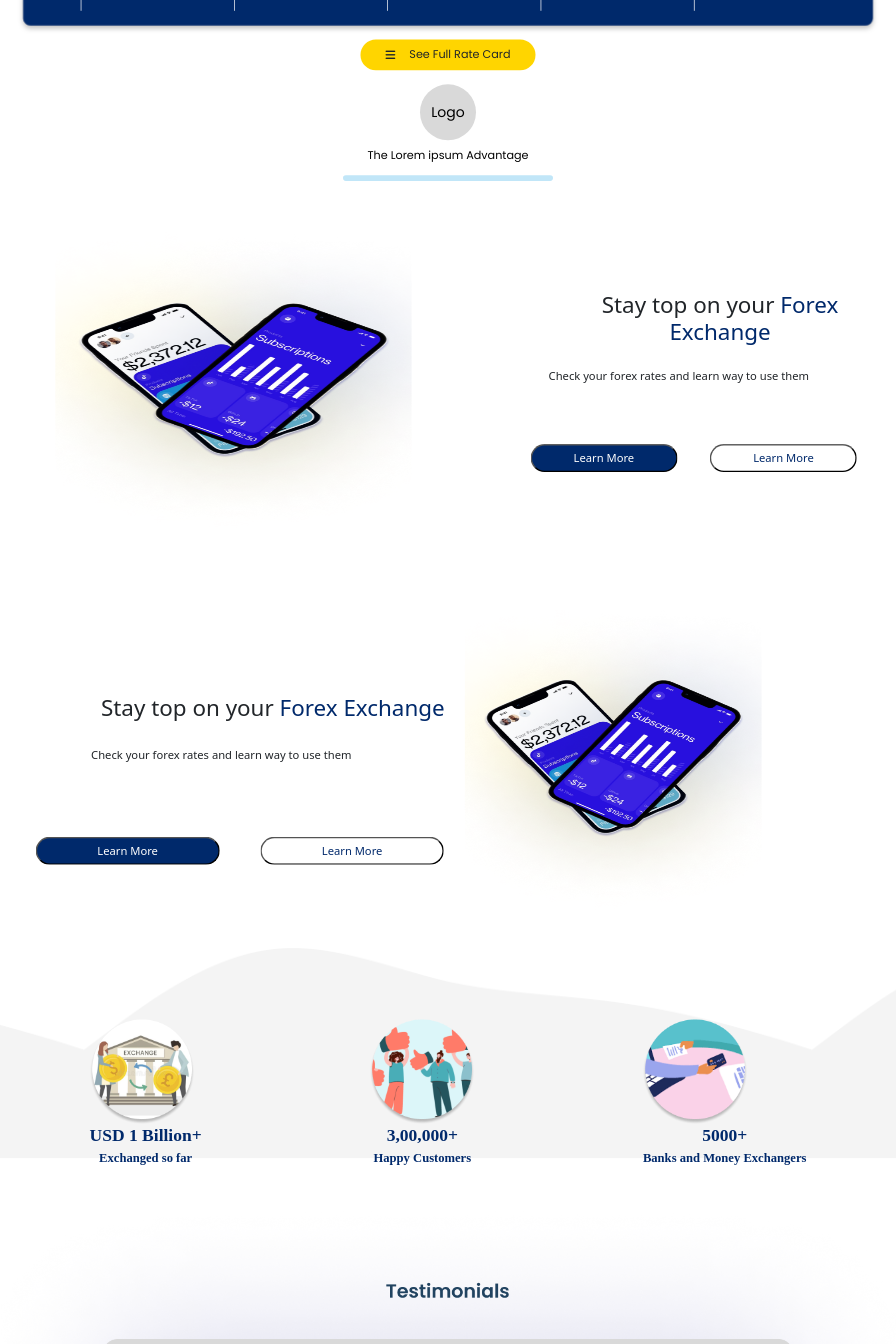
Repository: FlyweisReact/Akshadeep-latest
Page: /
The author's editor kept a copy of each file at every save. The page is drawn from the files as they stood at one save, then again after a run of saves.
The browser window is 1280 px wide. The pictures show the part of the page from y = 909 to 2829 px (the page is 4686 px tall before and 4684 px after), at 70% of full size.
Some web libraries are served in a nearby version. The project was rebuilt for these pictures with package versions that can differ from the ones it lists, and the page was loaded fresh each time. Also part of the build but not shown: src/components/exchange.jsx, src/components/order_p1.jsx, src/components/order_p2.jsx, src/components/faas.jsx, src/components/offer.jsx, src/components/main2.jsx, src/components/home.jsx, src/components/slider.jsx and 6 more.

Above is the page before, as saved 2023-05-23 16:02:23.

After the next 2 saves:
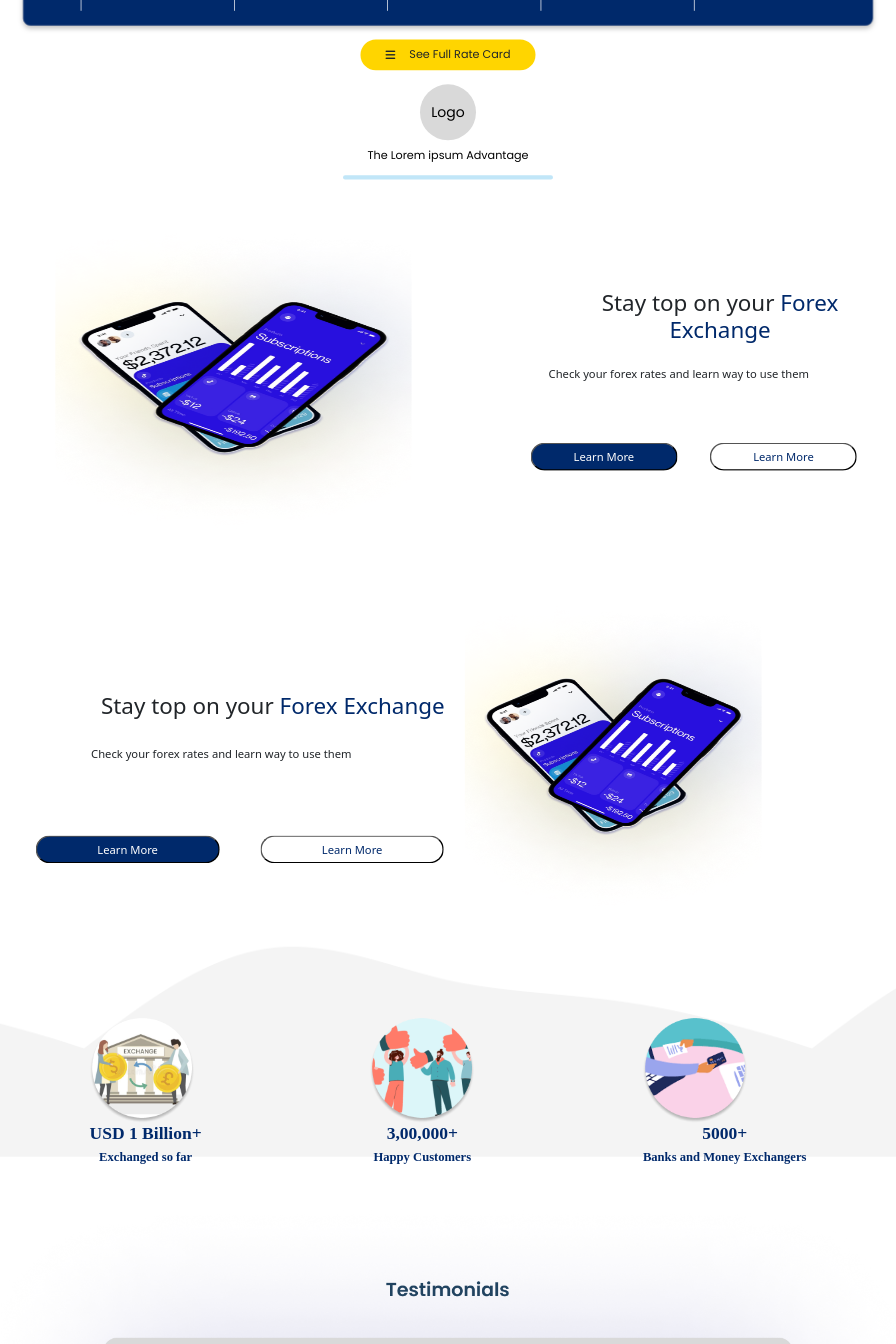
The 2 saves are shown as one change because they came seconds apart.
The last was saved 8 s later.
--- a/src/Style/Layout.css
+++ b/src/Style/Layout.css
@@ -68,14 +68,14 @@
   margin: auto;
   font-size: var(--medium-font);
 }
-.Index_center_Div p{
-    color: #000;
-    font-family: PoppinFont;
-    text-align: center;
-    font-size: var(--extra-small-font);
-    margin-top: 10px;
+.Index_center_Div p {
+  color: #000;
+  font-family: PoppinFont;
+  text-align: center;
+  font-size: var(--extra-small-font);
+  margin-top: 10px;
 }
-.Index_center_Div hr{
-    border: 4px solid #0b9be3   ;
-border-radius: 8px;
+.Index_center_Div hr {
+  border: 3px solid #0b9be3;
+  border-radius: 8px;
 }
